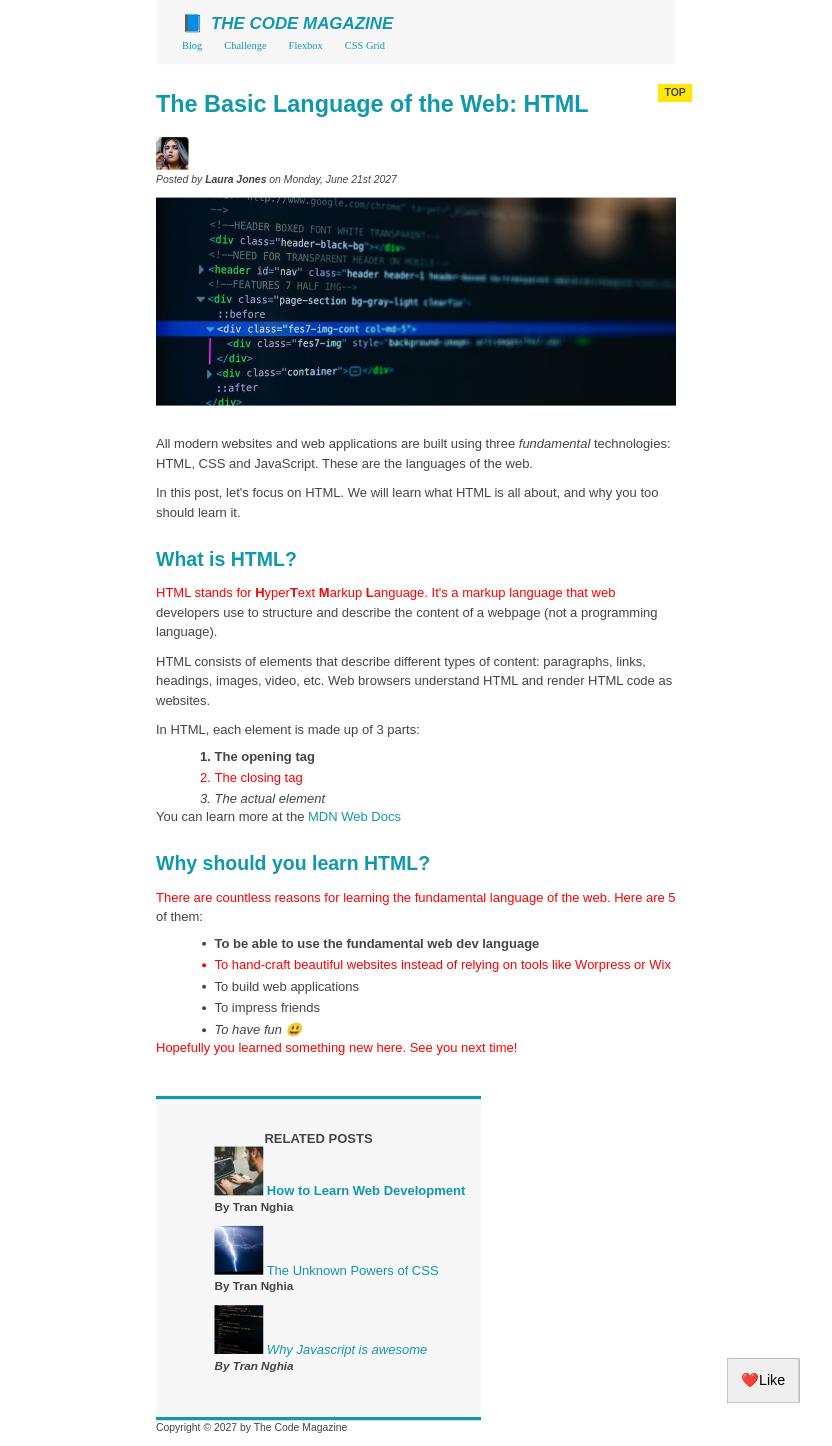
Repository: nghiakma/HTML-CSS-Fundamental
Page: HTML/index.html
These files come from the project's save history. The page is drawn as it stood at one moment and after the next save; the edit follows.
The browser window is 1280 px wide. The pictures show the whole page, at 65% of full size.

Above is the page before, as saved 2023-08-22 13:08:10.

After the next save:
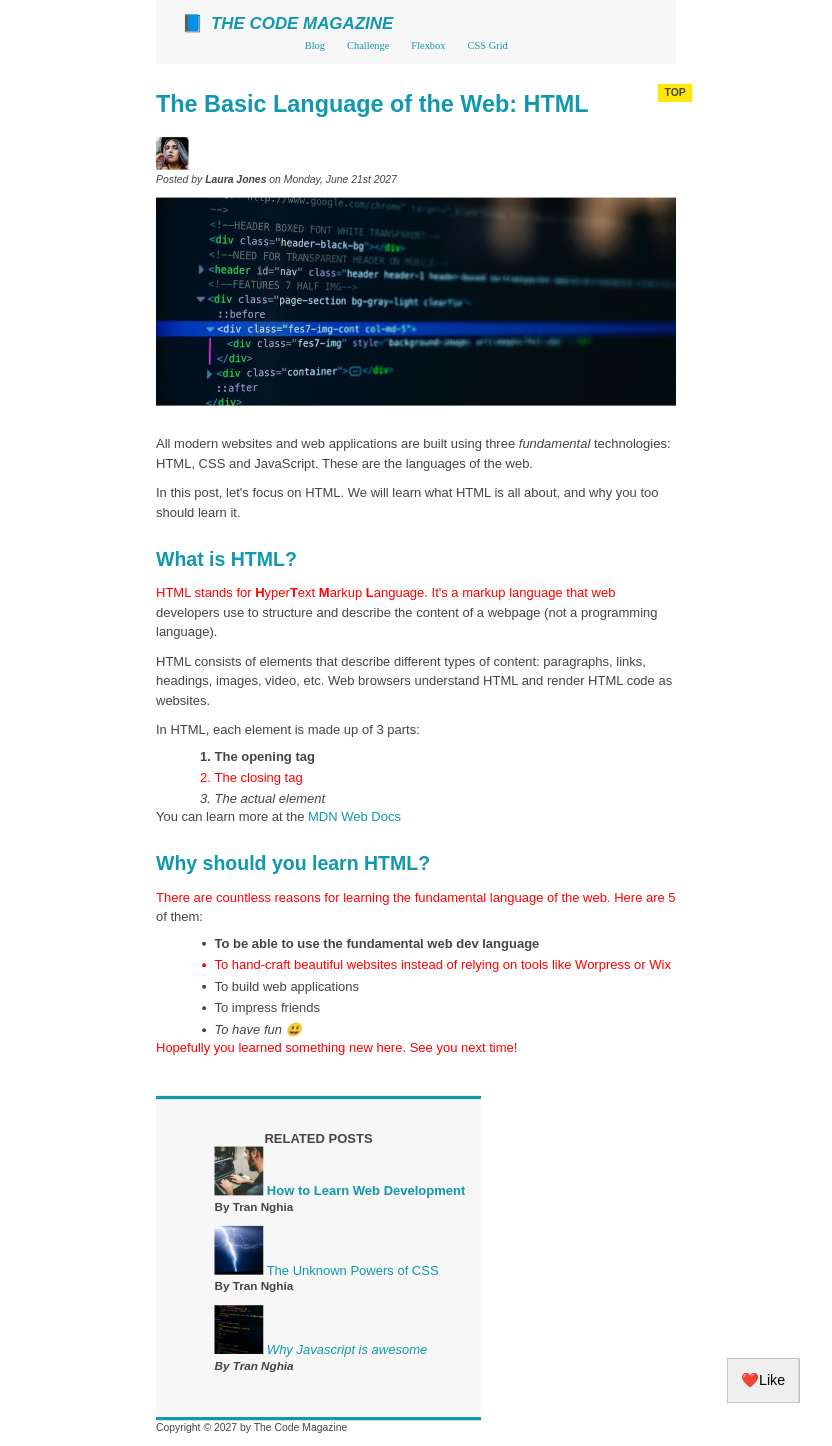
Saved 4 min 27 s later.
--- a/CSS/index.css
+++ b/CSS/index.css
@@ -161,6 +161,10 @@ a:active {
   background-color: black;
   font-style: italic;
 }
+nav {
+  font-size: 16px;
+  text-align: center;
+}
 nav a:link {
   /* background-color: orangered;
   margin: 20px;
